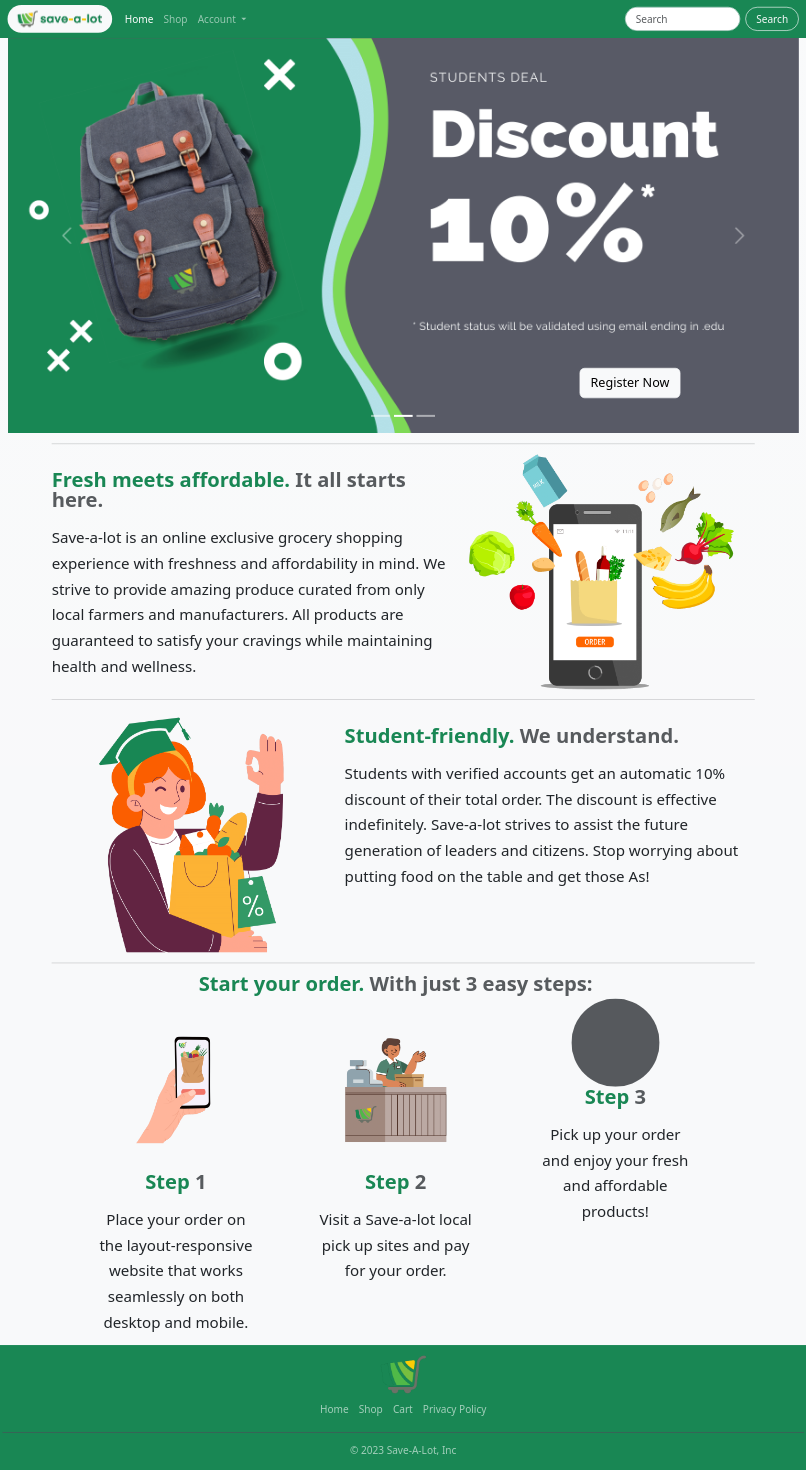
Repository: bill071194/savealot
Page: http://localhost/index
The author's editor kept a record of every edit. The page is drawn from the files as they stood at one moment, then again after the next edit.
The browser window is 1280 px wide. The pictures show the whole page, at 63% of full size.
The page is served by the project's Laravel application, run on PHP 8.4 with Laravel 10. Other server files are loaded and not shown. The database holds what the project's SQL file puts in it.

Above is the page before.

### savealot/routes/web.php
<?php

use Illuminate\Support\Facades\Route;
use App\Http\Controllers\Auth\LoginController;
use App\Http\Controllers\Auth\RegisterController;
use App\Http\Controllers\InventoryController;
use App\Http\Controllers\OrderController;
use App\Http\Controllers\AdminController;
use App\Http\Controllers\UserController;

/*
|--------------------------------------------------------------------------
| Web Routes
|--------------------------------------------------------------------------
|
| Here is where you can register web routes for your application. These
| routes are loaded by the RouteServiceProvider and all of them will
| be assigned to the "web" middleware group. Make something great!
|
*/

// Adding more default view in //
Route::view('/login', 'login');
Route::view('/register', 'register');
Route::view('/privacy', 'privacy');

Auth::routes();

Route::get('/home', [App\Http\Controllers\HomeController::class, 'index'])->name('home');

Route::controller(InventoryController::class)->group(function () {
    Route::get('/', 'homepage');
    Route::get('/index', 'homepage');
    Route::get('/inventory-create', 'create');
    Route::post('/inventory-create', 'store');
    Route::get('/inventory-{id}', 'edit');
    Route::post('/inventory-{id}', 'update');
    Route::post('/inventory/{id}/destroy', 'destroy');
    Route::post('/inventory/{id}/updateQty', 'updateQuantity');
    Route::get('/shop', 'shop');
    Route::get('/shop/{id}', 'show');
    Route::post('/shop/{id}/addToCart', 'addToCart');
    Route::post('/shop/{id}/removeFromCart', 'removeFromCart');
    Route::get('/search', 'search');
    Route::get('/cart', 'cart');
    Route::post('/emptyCart', 'emptyCart');
    Route::get('/uploadfile', 'uploadCSV');
    Route::post('/uploadfile', 'importCSV');
    Route::get('/uploadpicture', 'uploadPicture');
    Route::post('/uploadpicture', 'movePicture');
});

Route::controller(OrderController::class)->group(function () {
    Route::post('/cart/checkout', 'checkOut');
    Route::get('/orderhistory', 'orderHistory');
    Route::put('/order/{id}', 'update');
    Route::delete('/order/{id}', 'destroy');
});

Route::controller(AdminController::class)->group(function () {
    Route::get('/inventory', 'inventoriesDashboard');
    Route::get('/admin', 'adminRedirect');
    Route::get('/adminDashboard', 'adminDashboard');
    Route::get('/orders', 'ordersDashboard');
    Route::get('/ordersList', 'allOrders');
    Route::get('/users', 'usersDashboard');
    Route::get('/usersList', 'allUsers');
    Route::get('/transactions', 'transactionsDashboard');
});

Route::controller(UserController::class)->group(function () {
    Route::put('/user/{id}', 'update');
    Route::delete('/user/{id}', 'destroy');
});

### savealot/app/Http/Controllers/InventoryController.php
<?php

namespace App\Http\Controllers;

use App\Models\Inventory;
use Illuminate\Http\Request;

class InventoryController extends Controller
{
    public function shop()
    {
        $inventories = Inventory::all();
        foreach ($inventories as $item) {
            if (session("cart-$item->id") > 0) {
            } else {
                session(["cart-$item->id" => 0]);
            }
        }
        $inventory = inventory::where('prod_quantity', '>', 0)->where('prod_selling_price', '>', 0)->orderByDesc('prod_revenue', 'prod_sold')->paginate(12);
        return view('shop',['inventory' => $inventory]);
    }

    public function search(Request $request)
    {
        $inventories = Inventory::all();
        foreach ($inventories as $item) {
            if (session("cart-$item->id") > 0) {
            } else {
                session(["cart-$item->id" => 0]);
            }
        }
        $inventory = Inventory::where('prod_name', 'LIKE', '%' . request('search') . '%')->orWhere('prod_description', 'LIKE', '%' . request('search') . '%')->orderByDesc('prod_revenue', 'prod_sold')->paginate(12);
        return view('/shop')->with('inventory', $inventory);
    }

    public function addToCart(string $id, Request $request)
    {
        session()->increment("cart-$id");
        if ($request->redirect == "redirectToCart") {
            return redirect()->action([InventoryController::class, 'cart']);
        } else {
            return redirect(url()->previous()."#id-$id");
        }
    }

    public function removeFromCart(string $id, Request $request)
    {
        session()->decrement("cart-$id");
        if ($request->redirect == "redirectToCart") {
            return redirect()->action([InventoryController::class, 'cart']);
        } else {
            return redirect(url()->previous()."#id-$id");
        }
    }

    public function emptyCart()
    {
        $inventories = Inventory::all();
        foreach ($inventories as $item) {
            session(["cart-$item->id" => 0]);
        }
        return redirect()->action([InventoryController::class, 'shop']);
    }

    public function cart()
    {
        //
        $inventory = inventory::orderByDesc('prod_revenue', 'prod_sold')->get();
        foreach ($inventory as $item) {
            if (session("cart-$item->id") > $item->prod_quantity) {
                $difference = session("cart-$item->id") - $item->prod_quantity;
                session(["cart-$item->id" => $item->prod_quantity]);
                session()->flash('cart-update', 'true');
                session()->flash("cart-update-$item->id", 'true');
                session()->flash("cart-update-$item->id-message", "Sorry, our stock of $item->prod_name has reduced and we have removed $difference of them from your cart.");
            }
        }
        return view('cart',['inventory' => $inventory]);
    }

    public function homepage()
    {
        $inventories = Inventory::all();
        foreach ($inventories as $item) {
            if (session("cart-$item->id") > 0) {
            } else {
                session(["cart-$item->id" => 0]);
            }
        }
        $inventory = $inventories;
        return view('index',['inventory' => $inventory]);
    }

    /**
     * Show the form for creating a new resource.
     */
    public function create()
    {
        //
        return view('/inventory/create');
    }

    /**
     * Store a newly created resource in storage.
     */
    public function store(Request $request)
    {
        // validate the form data
        $this->validate($request, [
            'picture_upload' => 'required|image',
            'prod_name' => 'unique:inventories|required|max:255',
            'prod_quantity' => 'required',
        ]);

        if (!file_exists($filename) || !is_readable($filename))
        return false;

        $file = $request->file('picture_upload');

        // process the data and submit it
        $inventory = new Inventory(); // this is the model Inventory
        $inventory->id = $request->id;
        $inventory->prod_name = $request->prod_name;
        $inventory->prod_description = $request->prod_description;
        $inventory->prod_purchase_price = $request->prod_purchase_price;
        $inventory->prod_selling_price = $request->prod_selling_price;
        $inventory->prod_units = $request->prod_units;
        $inventory->prod_size = $request->prod_size;
        $inventory->prod_quantity = $request->prod_quantity;
        $inventory->prod_picture = "storage/pics/".$file->getClientOriginalName();
        $inventory->prod_color = $request->prod_color;
        $inventory->competitor_saveonfoods = $request->competitor_saveonfoods;
        $inventory->competitor_tnt = $request->competitor_tnt;
        $inventory->competitor_walmart = $request->competitor_walmart;

        $file->storeAs('public', 'pics/'.$file->getClientOriginalName());


        // if successful we want to redirect
        if ($inventory->save()) {
            return redirect('/inventory');
        } else {
            return back()->withInput();
        }
    }

    /**
     * Display the specified resource.
     */

    public function show(string $id)
    {
        // find the record
        $inventory = Inventory::findOrFail($id);
        // return this view
        return view('inventory.show')->with('item', $inventory);
    }

    /**
     * Show the form for editing the specified resource.
     */
    public function edit(string $id)
    {
        // find the record
        $inventory = Inventory::findOrFail($id);
        // return this view
        return view('inventory.edit')->with('item', $inventory);
    }

    /**
     * Update the specified resource in storage.
     */
    public function update(Request $request)
    {
        // validate the form data
        $this->validate($request, [
            'prod_name' => 'required|max:255',
            'prod_quantity' => 'required',
        ]);

        $id = $request->id;
        $inventory = Inventory::whereId($id);

        if ($inventory->update($request->except(['_token']))) {
            return redirect("inventory#items");
        } else {
            return back()->withInput();
        }
    }

    /*
    * Update the quantity only
    */
    public function updateQuantity(Request $request, String $id)
    {
        $updateQty = $request->updateQty;
        $inventory = Inventory::findOrFail($id);
        $inventory->prod_quantity += $updateQty;

        if ($inventory->update()) {
            return redirect(url()->previous()."#id-$id");
        } else {
            return back();
        }
    }

    /**
     * Remove the specified resource from storage.
     */
    public function destroy(Request $request)
    {
        $id = $request->id;
        $inventory = Inventory::whereId($id);
        if ($inventory->delete()) {
            return redirect(url()->previous()."#items");
        } else {
            return back();
        }
    }

    public function uploadPicture() {
        return view('inventory.uploadpicture');
    } // inventory.uploadpicture

    public function movePicture(Request $request) {
        $file = $request->file('image');
        $file->storeAs('public', 'pics/'.$file->getClientOriginalName());

        return redirect('/inventory');
    } // submit image file uploaded

    public function uploadCSV() {
        return view('inventory.uploadfile');
    } // inventory.uploadfile

    function csvToArray($filename = '', $delimiter = ',')
    {
        if (!file_exists($filename) || !is_readable($filename))
            return false;

        $header = null;
        $data = array();
        if (($handle = fopen($filename, 'r')) !== false)
        {
            while (($row = fgetcsv($handle, 1000, $delimiter)) !== false)
            {
                if (!$header)
                    $header = $row;
                else
                    $data[] = array_combine($header, $row);
            }
            fclose($handle);
        }

        return $data;
    }

    public function importCSV(Request $request) {
        $file = $request->file('inventory_csv');

        $inventoryArr = $this->csvToArray($file);

        for ($i = 0; $i < count($inventoryArr); $i ++)
        {
            Inventory::firstOrCreate($inventoryArr[$i]);
        }

        return redirect('/inventory');
    }
}

### savealot/app/Models/Inventory.php
<?php

namespace App\Models;

use Illuminate\Database\Eloquent\Factories\HasFactory;
use Illuminate\Database\Eloquent\Model;

class inventory extends Model
{
    use HasFactory;

    protected $fillable = [
        'prod_name',
        'prod_description',
        'prod_purchase_price',
        'prod_selling_price',
        'prod_units',
        'prod_size',
        'prod_quantity',
        'prod_picture',
        'prod_color',
        'competitor_saveonfoods',
        'competitor_tnt',
        'competitor_walmart',
    ];
}

### savealot/resources/views/index.blade.php
@extends('layouts.base1b')

@section('title', 'Save-a-lot Home')
@section('activeHome', 'active')

@section('main')
<div id="myCarousel" class="carousel slide" data-bs-ride="carousel">
    <div class="carousel-indicators">
      <button type="button" data-bs-target="#myCarousel" data-bs-slide-to="0" class="active" aria-label="Slide 1" aria-current="true"></button>
      <button type="button" data-bs-target="#myCarousel" data-bs-slide-to="1" aria-label="Slide 2" class=""></button>
      <button type="button" data-bs-target="#myCarousel" data-bs-slide-to="2" aria-label="Slide 3" class=""></button>
    </div>
    <div class="carousel-inner">
      <div class="carousel-item active">
        <img src="pics/carousel1.png" alt="carousel1" class="center">
        <div class="container">
          <div class="carousel-caption">
            <p><a class="btn btn-lg btn-success" href="/shop">Shop Now</a></p>
          </div>
        </div>
      </div>
      <div class="carousel-item">
        <img src="pics/carousel2.png" alt="carousel2" class="center">
        <div class="container">
          <div class="carousel-caption text-end">
            <p><a class="btn btn-lg btn-light" href="/register">Register Now</a></p>
          </div>
        </div>
      </div>
      <div class="carousel-item">
        <img src="pics/carousel3.png" alt="carousel3" class="center">
        <div class="container">
        </div>
      </div>
    </div>
    <button class="carousel-control-prev" type="button" data-bs-target="#myCarousel" data-bs-slide="prev">
      <span class="carousel-control-prev-icon" aria-hidden="true"></span>
      <span class="visually-hidden">Previous</span>
    </button>
    <button class="carousel-control-next" type="button" data-bs-target="#myCarousel" data-bs-slide="next">
      <span class="carousel-control-next-icon" aria-hidden="true"></span>
      <span class="visually-hidden">Next</span>
    </button>
</div>

<div class="container marketing">

    <!-- START THE FEATURETTES -->

    <hr class="featurette-divider">

    <div class="row featurette">
      <div class="col-md-7">
        <br>
        <h2 class="featurette-heading fw-bold lh-1 text-success">Fresh meets affordable. <span class="text-body-secondary">It all starts here.</span></h2>
        <p class="lead">Save-a-lot is an online exclusive grocery shopping experience with freshness and affordability in mind. We strive to
        provide amazing produce curated from only local farmers and manufacturers. All products are guaranteed to satisfy your cravings while maintaining
        health and wellness.</p>
      </div>
      <div class="col-md-5">
        <img class="featurette" src="pics/featurette1.png">
      </div>
    </div>

    <hr class="featurette-divider">

    <div class="row featurette">
      <div class="col-md-7 order-md-2">
        <br>
        <h2 class="featurette-heading fw-bold lh-1 text-success">Student-friendly. <span class="text-body-secondary">We understand.</span></h2>
        <p class="lead">Students with verified accounts get an automatic <strong>10% discount</strong> of their total order. The discount is effective indefinitely.
        Save-a-lot strives to assist the future generation of leaders and citizens. Stop worrying about putting food on the table and get those As!</p>
      </div>
      <div class="col-md-5 order-md-1">
        <img class="featurette" src="pics/featurette2.png">
      </div>
    </div>

    <hr class="featurette-divider">

    <!-- /END THE FEATURETTES -->

    <!-- START 3 COLUMNS OF STEPS -->
    <div class="row featurette justify-content-evenly">
      <h2 class="featurette-heading fw-bold lh-1 text-success text-center">Start your order. <span class="text-body-secondary">With just 3 easy steps:</span></h2>
      <div class="col-lg-3 text-center">
        <img class="steps" src="pics/step1.png" alt="step1">
        <h2 class="featurette-heading fw-bold lh-1 text-success text-center">Step <span class="text-body-secondary">1</span></h2>
        <p class="lead">Place your order on the layout-responsive website that works seamlessly on both desktop and mobile.</p>
      </div><!-- /.col-lg-4 -->
      <div class="col-lg-3 text-center">
        <img class="steps" src="pics/step2.png" alt="step1">
        <h2 class="featurette-heading fw-bold lh-1 text-success text-center">Step <span class="text-body-secondary">2</span></h2>
        <p class="lead">Visit a Save-a-lot local pick up sites and pay for your order.</p>
      </div><!-- /.col-lg-4 -->
      <div class="col-lg-3 text-center">
        <svg class="bd-placeholder-img rounded-circle" width="140" height="140" xmlns="http://www.w3.org/2000/svg" role="img" aria-label="Placeholder" preserveAspectRatio="xMidYMid slice" focusable="false"><title>Placeholder</title><rect width="100%" height="100%" fill="var(--bs-secondary-color)"></rect></svg>
        <h2 class="featurette-heading fw-bold lh-1 text-success text-center">Step <span class="text-body-secondary">3</span></h2>
        <p class="lead">Pick up your order and enjoy your fresh and affordable products!</p>
      </div><!-- /.col-lg-4 -->
    </div>
    <!-- END COLUMNS -->

  </div>

@endsection

### savealot/public/savealot.sql (the tables this page reads)
CREATE TABLE `inventories` (
  `id` bigint(20) UNSIGNED NOT NULL,
  `prod_name` varchar(255) NOT NULL,
  `prod_description` varchar(255) DEFAULT NULL,
  `prod_purchase_price` decimal(9,2) DEFAULT NULL,
  `prod_selling_price` decimal(9,2) DEFAULT NULL,
  `prod_units` varchar(255) DEFAULT NULL,
  `prod_size` int(11) DEFAULT NULL,
  `prod_quantity` int(11) DEFAULT NULL,
  `prod_picture` varchar(255) DEFAULT NULL,
  `prod_color` text DEFAULT '#198754',
  `prod_sold` int(11) NOT NULL DEFAULT 0,
  `prod_revenue` decimal(12,2) NOT NULL DEFAULT 0.00,
  `competitor_saveonfoods` decimal(8,2) DEFAULT NULL,
  `competitor_tnt` decimal(8,2) DEFAULT NULL,
  `competitor_walmart` decimal(8,2) DEFAULT NULL,
  `created_at` timestamp NULL DEFAULT NULL,
  `updated_at` timestamp NULL DEFAULT NULL
) ENGINE=InnoDB DEFAULT CHARSET=utf8mb4 COLLATE=utf8mb4_unicode_ci;

INSERT INTO `inventories` (`id`, `prod_name`, `prod_description`, `prod_purchase_price`, `prod_selling_price`, `prod_units`, `prod_size`, `prod_quantity`, `prod_picture`, `prod_color`, `prod_sold`, `prod_revenue`, `competitor_saveonfoods`, `competitor_tnt`, `competitor_walmart`, `created_at`, `updated_at`) VALUES
(2, 'Yakisoba Chow Mein', 'These noodles don\'t taste like either Yakisoba or Chow Mein, but they\'re still pretty good. Especially at this price!', 4.00, 6.00, '5x102g', 510, 21, 'pics/Yakisoba_Noodles.jpg', '#ffc200', 18, 108.00, 7.39, NULL, NULL, NULL, '2023-04-09 04:10:17'),
(3, 'Unsalted Cashews', 'These cashews are cheaper than they are at other stores.', 10.00, 13.00, NULL, 800, 10, 'pics/Unsalted_Cashews.webp', '#ef5c02', 1, 13.00, 19.99, 17.99, NULL, '2023-03-21 12:38:50', '2023-04-09 09:30:48'),
(4, 'Salted Cashews', 'These cashews are saltier than other cashews.', 10.00, 13.00, NULL, 800, 17, 'pics/Salted_Cashews.webp', '#4abbe7', 1, 13.00, 19.99, 17.99, NULL, NULL, '2023-04-09 04:10:27'),
(7, 'Que Pasa Yellow Tortilla Chips', 'These whole grain corn tortilla chips are yellow and only a little bit salty.', 3.00, 4.50, NULL, 350, 23, 'pics/Que_Pasa_Yellow.jpg', '#ffb95b', 13, 58.50, 5.69, NULL, 4.97, '2023-03-21 08:27:27', '2023-04-09 04:10:04'),
(8, 'Que Pasa Blue Tortilla Chips', 'These whole grain corn tortilla chips are blue and a little bit salty.', 3.00, 4.50, NULL, 350, 22, 'pics/Que_Pasa_Blue.jpg', '#698abd', 13, 58.50, 5.69, NULL, 4.97, '2023-03-21 08:32:18', '2023-04-09 04:10:02'),
(9, 'Que Pasa Red Tortilla Chips', 'These whole grain corn chips are red and a little bit salty.', 3.00, 4.50, NULL, 350, 22, 'pics/Que_Pasa_Red.jpg', '#f4685a', 13, 58.50, 5.69, NULL, 4.97, '2023-03-21 08:36:30', '2023-04-09 04:10:00'),
(21, 'Kellogg\'s Fun Pac Cereal', '8 small packages of cereal, including Rice Krispies, Corn Pops!, Froot Loops, and Frosted Flakes. Theeyyy\'re great!', 4.00, 6.00, '8x210g', 1680, 13, 'pics/Kellogg\'s Fun Pac Cereal.jpeg', '#00bcfa', 4, 24.00, 6.29, NULL, 4.97, '2023-03-29 03:45:03', '2023-04-09 06:31:44'),
(22, 'Pop Tarts Jumbo Pack', '24-pack of Pop Tarts with three flavours: Strawberry, Blueberry, Raspberry', 7.00, 8.50, '24x48g', 1150, 15, 'pics/Pop Tarts Jumbo Pack.jpeg', '#00afef', 5, 42.50, 11.49, NULL, NULL, '2023-03-29 03:50:16', '2023-04-09 04:10:08'),
(23, 'Lay\'s Chips Variety Pack', '18 packages of Lay\'s chips: 6 Original, 4 Bar-B-Q, 4 Ketchup, 4 Salt & Vinegar. Warning, most of these flavours are polarizing.', 8.00, 9.25, '18x28g', 504, 16, 'pics/Lays Mix Variety Pack.jpeg', '#e69f0d', 4, 37.00, 14.49, NULL, 9.27, '2023-03-29 03:57:12', '2023-04-09 04:10:09'),
(24, 'Hardbite Ghost Pepper Chips', 'These Hardbite Sweet Ghost Pepper Potato Chips are pretty spicy. Eat them at your own risk.', 3.50, 4.50, NULL, 128, 21, 'pics/Hardbite Ghost Pepper Chips.jpeg', '#a72c3b', 14, 63.00, 4.99, NULL, 4.47, '2023-03-29 04:02:41', '2023-04-09 04:10:20'),
(25, 'Miss Vickie\'s Favourites Chips', '10 packs of Miss Vickie\'s potato chips: 4 Original Recipe, 3 Sweet Chili & Sour Cream, 3 Sea Salt & Malt Vinegar', 5.00, 6.50, '10x24g', 240, 16, 'pics/Miss Vickie\'s Favourites.jpeg', '#efe2ba', 9, 58.50, 9.29, NULL, 6.97, '2023-03-29 04:26:14', '2023-04-09 04:09:58'),
(34, 'Monster Energy - Mango Loco', 'This 4 pack of Monster Energy - Mango Loco packs a punch! It combines the taste of a regular energy drink with a lot of real fruit juices and ends up being delicious.', 8.00, 9.50, '4x473ml', NULL, 16, 'pics/Monster_Punch_Mango.jpeg', '#269fcc', 14, 133.00, 13.49, NULL, 9.97, '2023-04-08 10:07:14', '2023-04-09 08:58:51'),
(36, 'Monster Energy - Zero Ultra', 'Despite having almost no calories, this 4-pack of Monster Energy Zero Ultra will boost your energy, all with a smooth taste', 8.00, 9.50, '4x473ml', NULL, 13, 'storage/pics/Monster_Zero_Ultra.jpeg', '#f0f0f0', 7, 66.50, 13.49, NULL, 9.97, '2023-04-09 03:04:18', '2023-04-09 04:10:18'),
(46, 'Monster Energy', 'The original Monster Energy flavour in a pack of 4.', 8.00, 9.50, '4x473ml', NULL, 14, 'storage/pics/Monster_Energy.jpeg', '#86ca00', 6, 57.00, 13.49, NULL, 9.97, '2023-04-09 03:44:02', '2023-04-09 04:10:06'),
(51, 'Coca-Cola - Coke Zero', 'These 12 cans of Coca-Cola Zero have no sugar!', 5.00, 6.50, '12x355ml', 4260, 20, 'storage/pics/Coca-Cola_Zero.jpeg', '#cc3333', 0, 0.00, 8.29, 0.00, 0.00, '2023-04-10 02:59:59', '2023-04-10 02:59:59'),
(52, 'Pepsi - Cola Cans', 'These 12 cans of Pepsi have lots of sugar!', 5.00, 6.50, '12x355ml', 4260, 20, 'storage/pics/Pepsi-Cola.jpeg', '#3366cc', 0, 0.00, 8.29, 0.00, 0.00, '2023-04-10 02:59:59', '2023-04-10 02:59:59');

ALTER TABLE `inventories`
  ADD PRIMARY KEY (`id`),
  ADD UNIQUE KEY `inventory_prod_name_unique` (`prod_name`);

ALTER TABLE `inventories`
  MODIFY `id` bigint(20) UNSIGNED NOT NULL AUTO_INCREMENT, AUTO_INCREMENT=53;

Loaded but not shown: savealot/app/Http/Controllers/Auth/ConfirmPasswordController.php (common file); savealot/app/Http/Controllers/Controller.php (common file); savealot/public/bootstrap.css (library); savealot/public/bootstrap.bundle.js (library); savealot/resources/views/layouts/base1b.blade.php (225 lines, source omitted)

After the next edit:
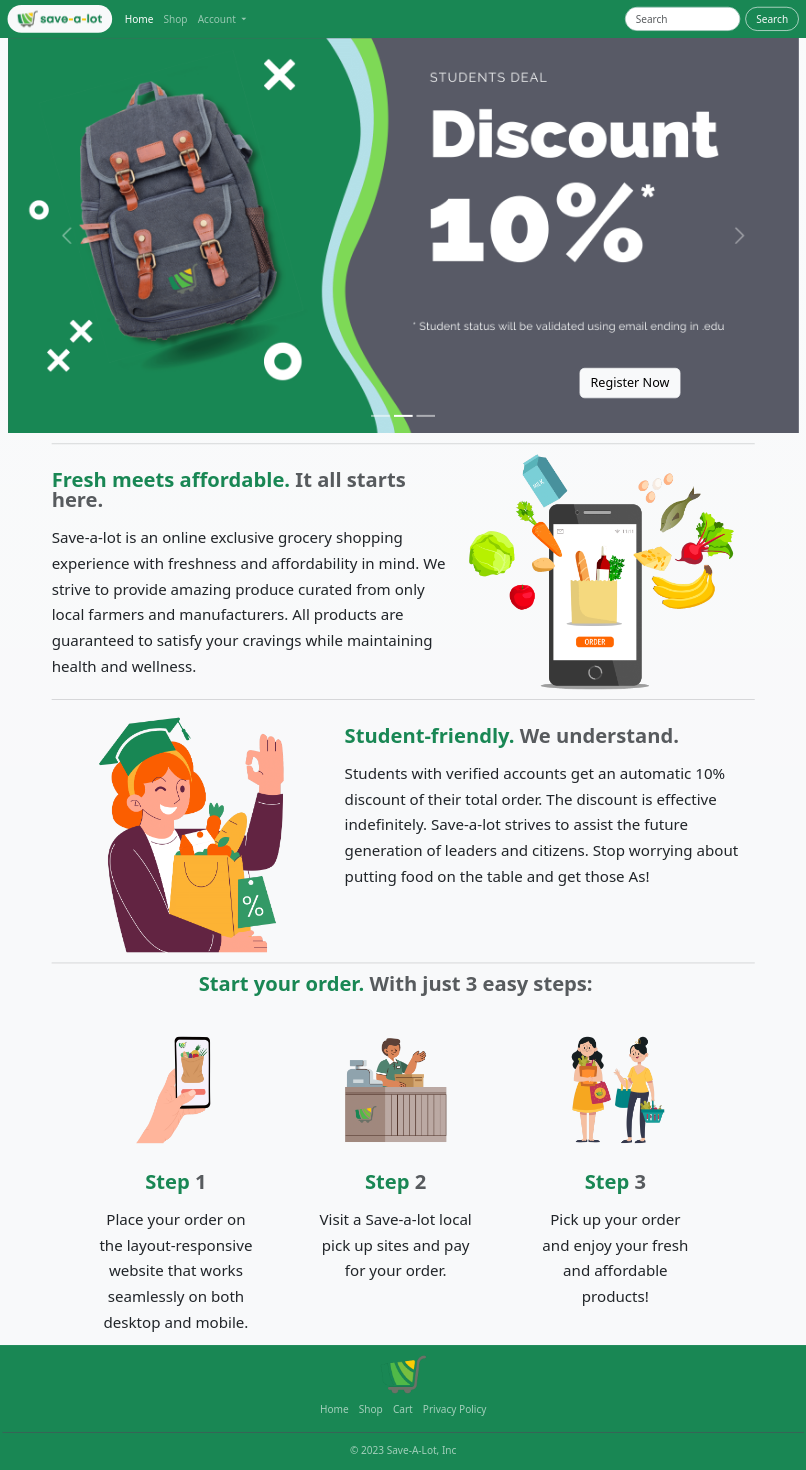
The edit:
--- a/savealot/resources/views/index.blade.php
+++ b/savealot/resources/views/index.blade.php
@@ -94,7 +94,7 @@
         <p class="lead">Visit a Save-a-lot local pick up sites and pay for your order.</p>
       </div><!-- /.col-lg-4 -->
       <div class="col-lg-3 text-center">
-        <svg class="bd-placeholder-img rounded-circle" width="140" height="140" xmlns="http://www.w3.org/2000/svg" role="img" aria-label="Placeholder" preserveAspectRatio="xMidYMid slice" focusable="false"><title>Placeholder</title><rect width="100%" height="100%" fill="var(--bs-secondary-color)"></rect></svg>
+        <img class="steps" src="pics/step3.png" alt="step1">
         <h2 class="featurette-heading fw-bold lh-1 text-success text-center">Step <span class="text-body-secondary">3</span></h2>
         <p class="lead">Pick up your order and enjoy your fresh and affordable products!</p>
       </div><!-- /.col-lg-4 -->
